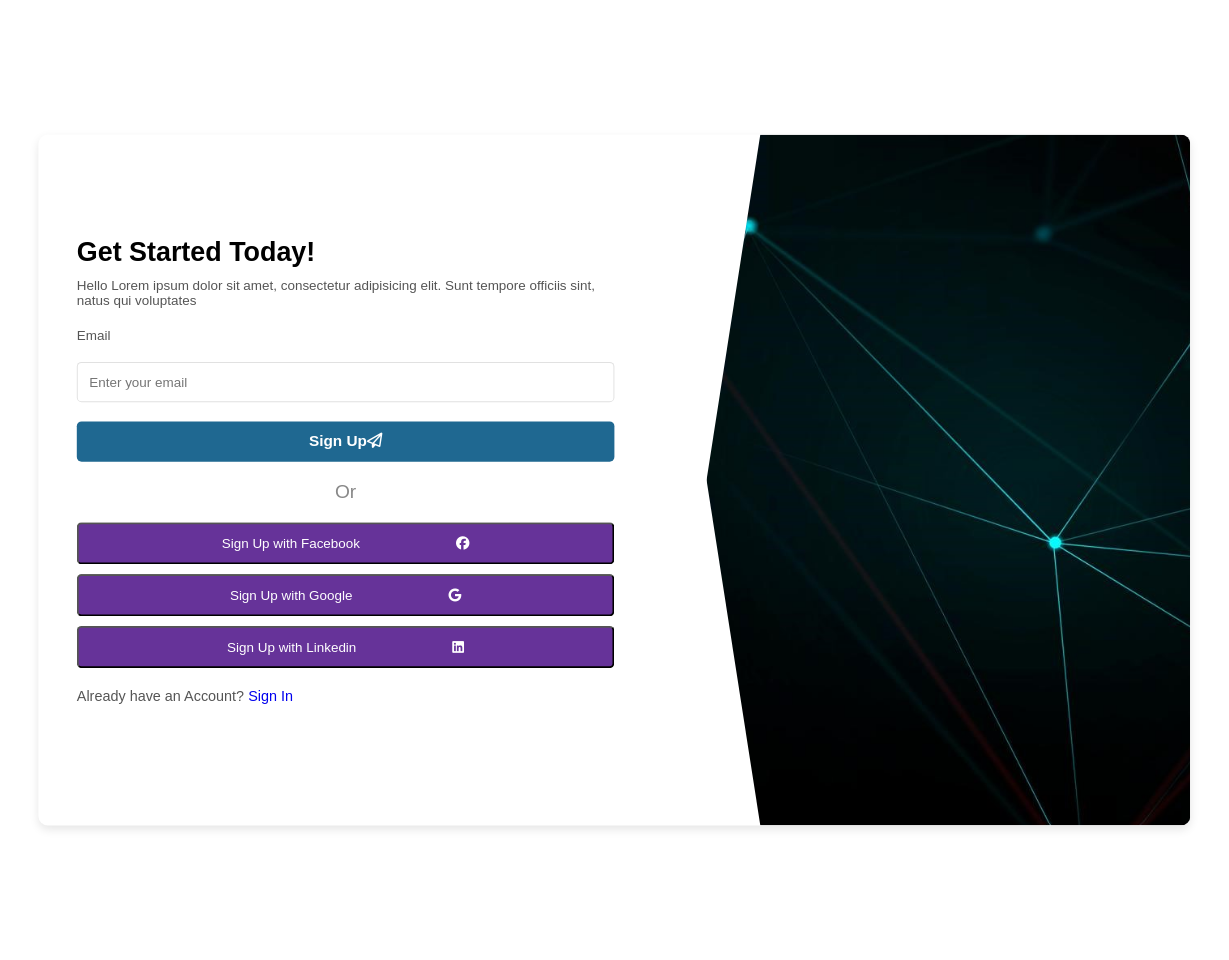
Repository: Femi007-gh/Login-V2
Page: index.html
The author's editor kept a copy of each file at every save. The page is drawn from the files as they stood at one save, then again after a run of saves.
The browser window is 1280 px wide. The pictures show the whole page, at 96% of full size.

Above is the page before, as saved 2025-01-27 15:14:50.

After the next 2 saves:
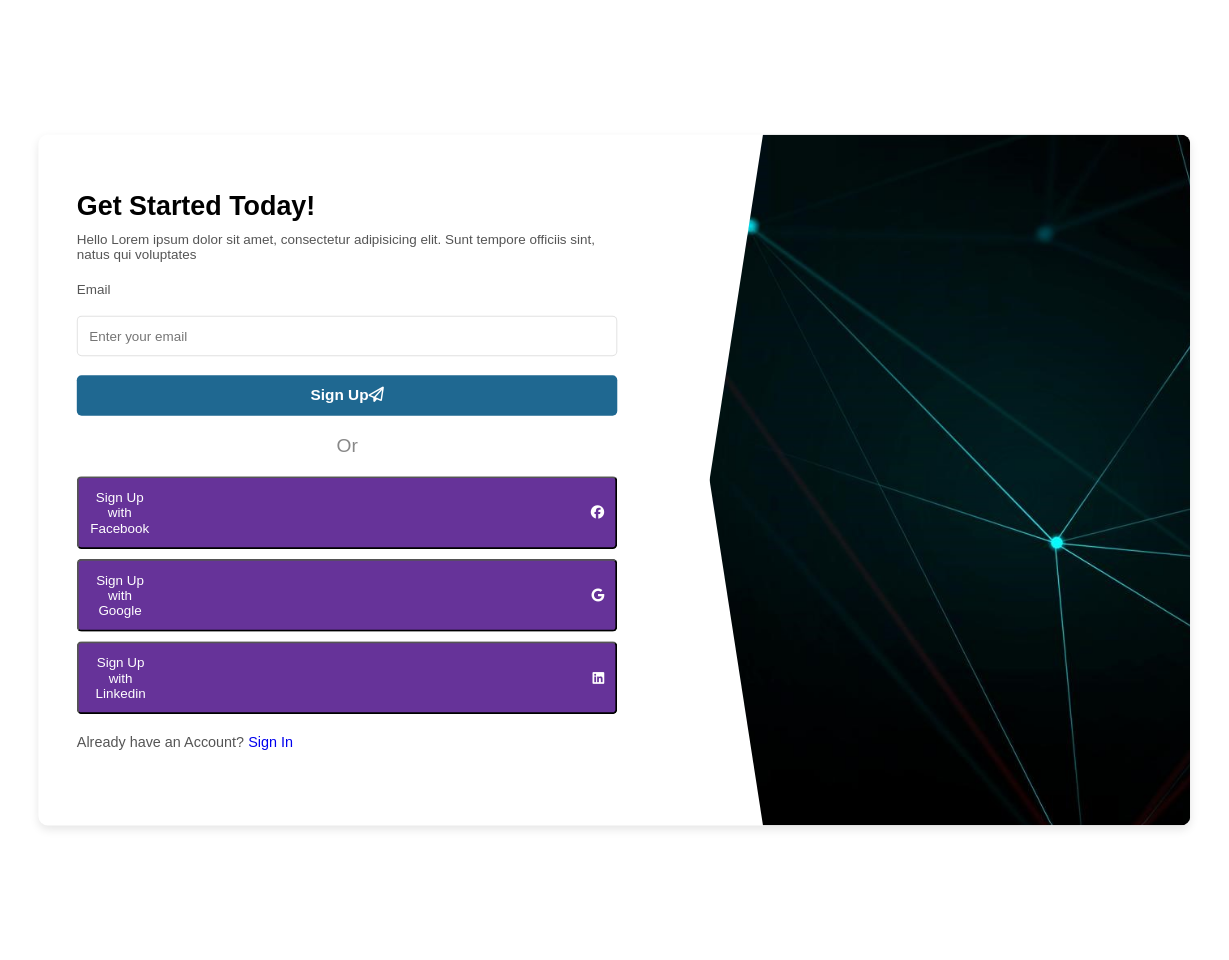
The 2 saves are shown as one change because they came seconds apart.
The last was saved 5 s later.
--- a/style.css
+++ b/style.css
@@ -114,5 +114,5 @@ p {
 
 .fa-brands {
   padding-left: 180px;
-  margin-left: -80px;
+  margin-left: 280px;
 }
